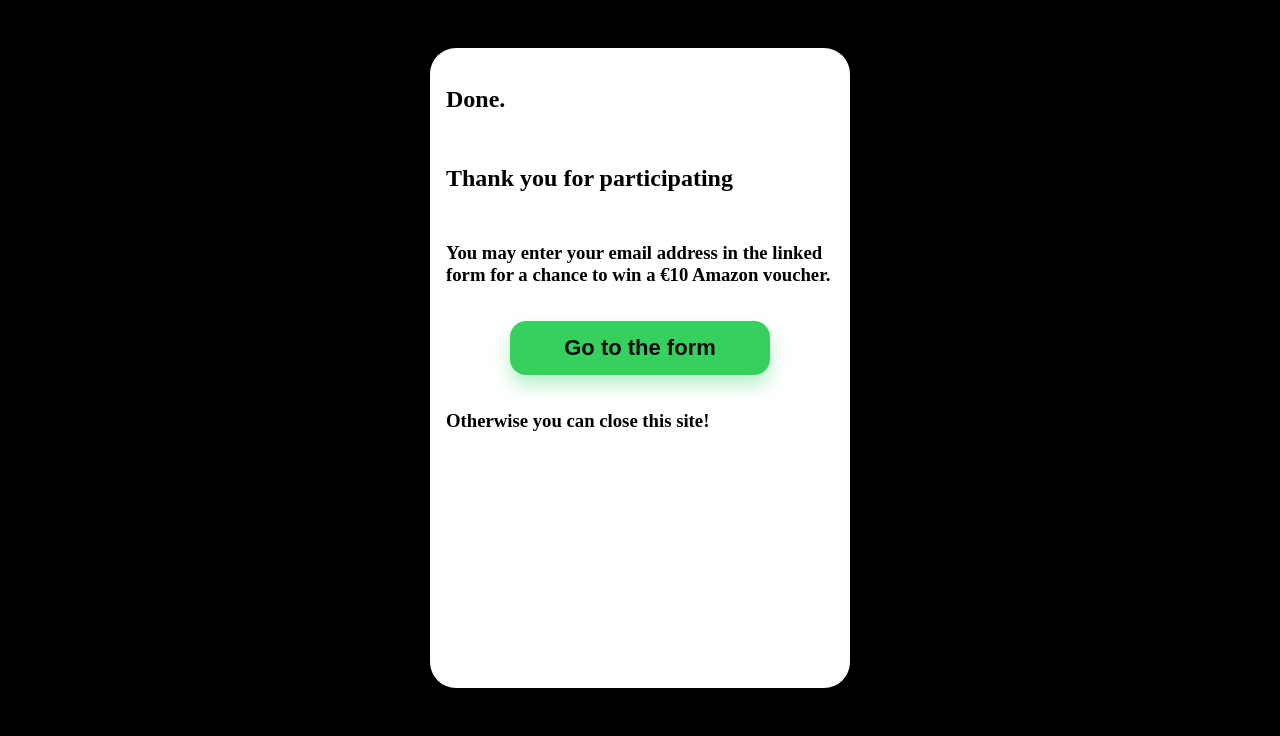
Repository: alexibri/ba_decision_study
Page: /end
The author's editor kept a copy of each file at every save. The page is drawn from the files as they stood at one save, then again after the next save.
The browser window is 1280 px wide. The pictures show the whole page.
The page's requests for data from a server got no answer. The project was rebuilt for these pictures with package versions that can differ from the ones it lists, and the page was loaded fresh each time. No one was signed in, and anything a server would have sent is missing. Also part of the build but not shown: vite.config.js, src/lib/assignment/group.js, src/lib/db/supabase-client.js, src/lib/db/runs.js, src/pages/Start.jsx, src/lib/db/responses.js, src/lib/hooks/useResponseTracker.js, src/scenarios/Scenario1/S1Dark1.jsx and 10 more.

Above is the page before, as saved 2026-02-11 16:48:41.

After the next save:
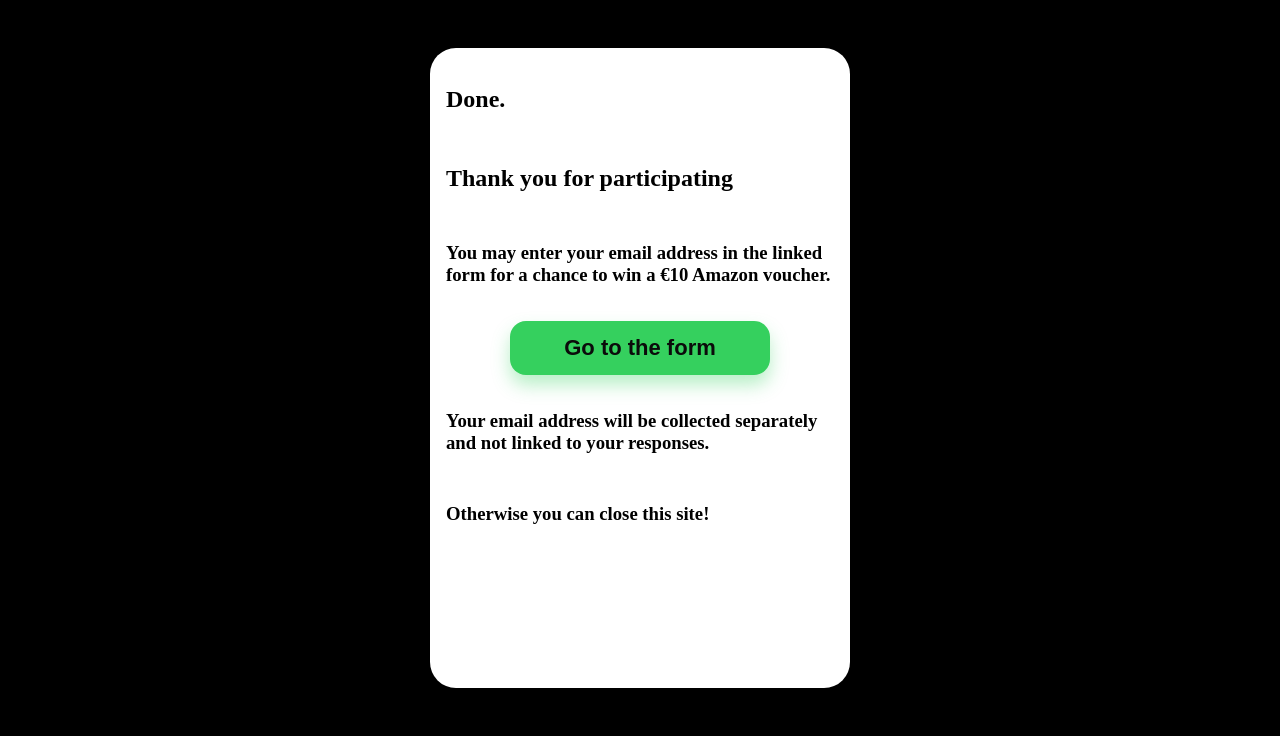
Saved 4 s later.
--- a/src/pages/End.jsx
+++ b/src/pages/End.jsx
@@ -21,6 +21,7 @@ export default function End() {
                             </button>
                         </div>
                     </div>
+                    <h3>Your email address will be collected separately and not linked to your responses.</h3>
                     <h3>Otherwise you can close this site!</h3>
                 </div>
 
